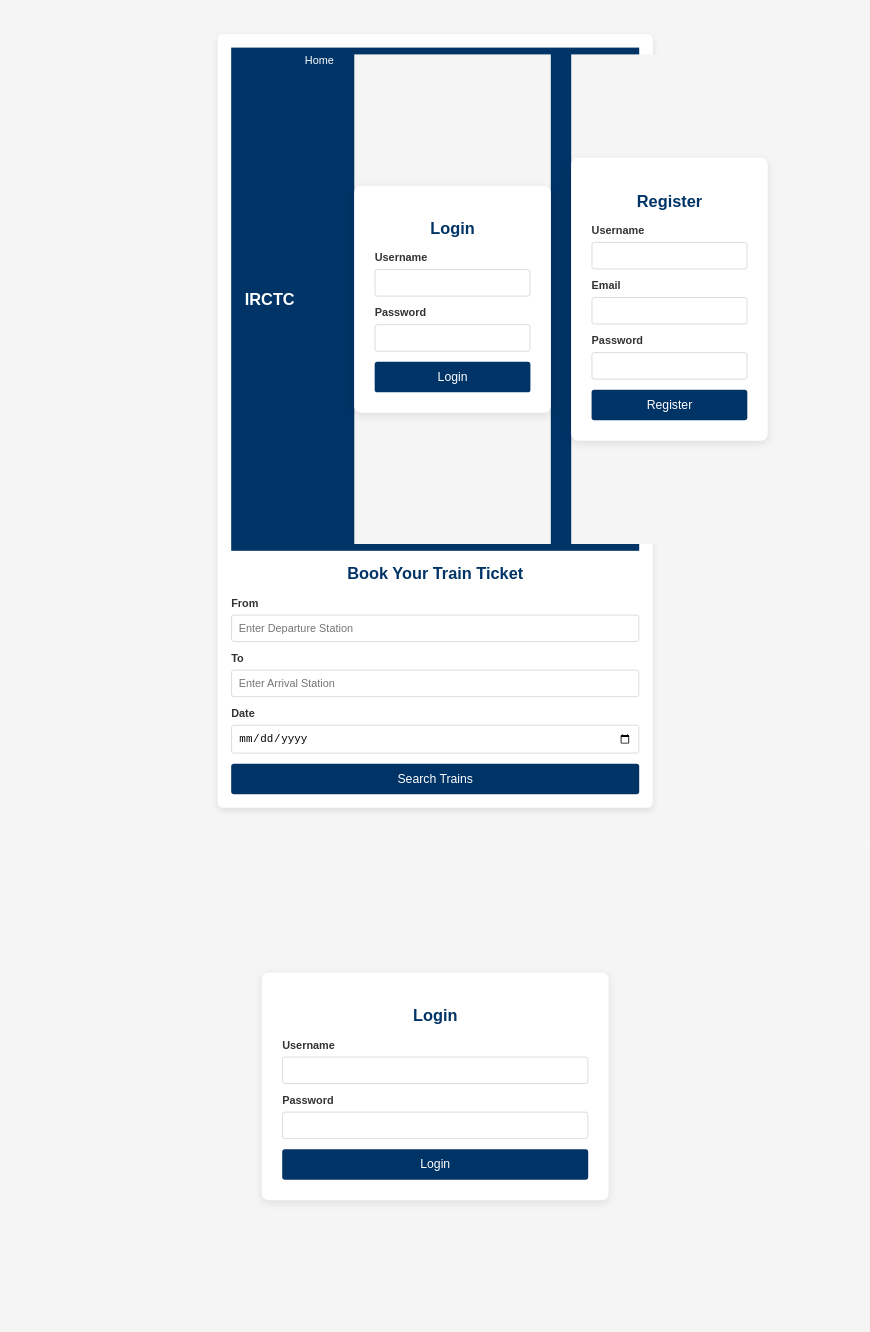
Repository: ssaddamhuss100/IRCTC-Clone
Page: /
The author's editor kept a copy of each file at every save. The page is drawn from the files as they stood at one save, then again after a run of saves.
The browser window is 1280 px wide. The pictures show the whole page, at 68% of full size.
The project was rebuilt for these pictures with package versions that can differ from the ones it lists, and the page was loaded fresh each time. Also part of the build but not shown: vite.config.js.

Above is the page before, as saved 2025-01-19 11:47:37.

After the next 4 saves:
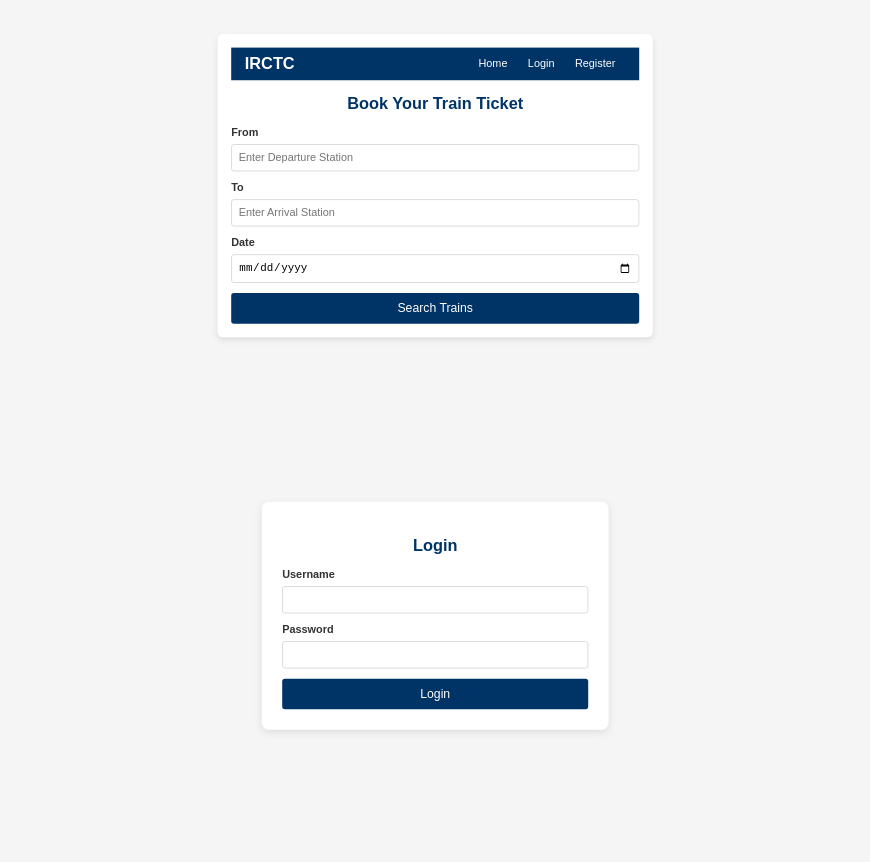
The 4 saves are shown as one change because they came seconds apart.
The last was saved 74 s later.
--- a/src/components/navbar/Navbar.jsx
+++ b/src/components/navbar/Navbar.jsx
@@ -12,10 +12,10 @@
           <a href="/">Home</a>
         </li>
         <li>
-          <a href="/login"><Login/></a>
+          <a href="/login">Login</a>
         </li>
         <li>
-          <a href="/register"><Register/></a>
+          <a href="/register">Register</a>
         </li>
       </ul>
     </nav>
